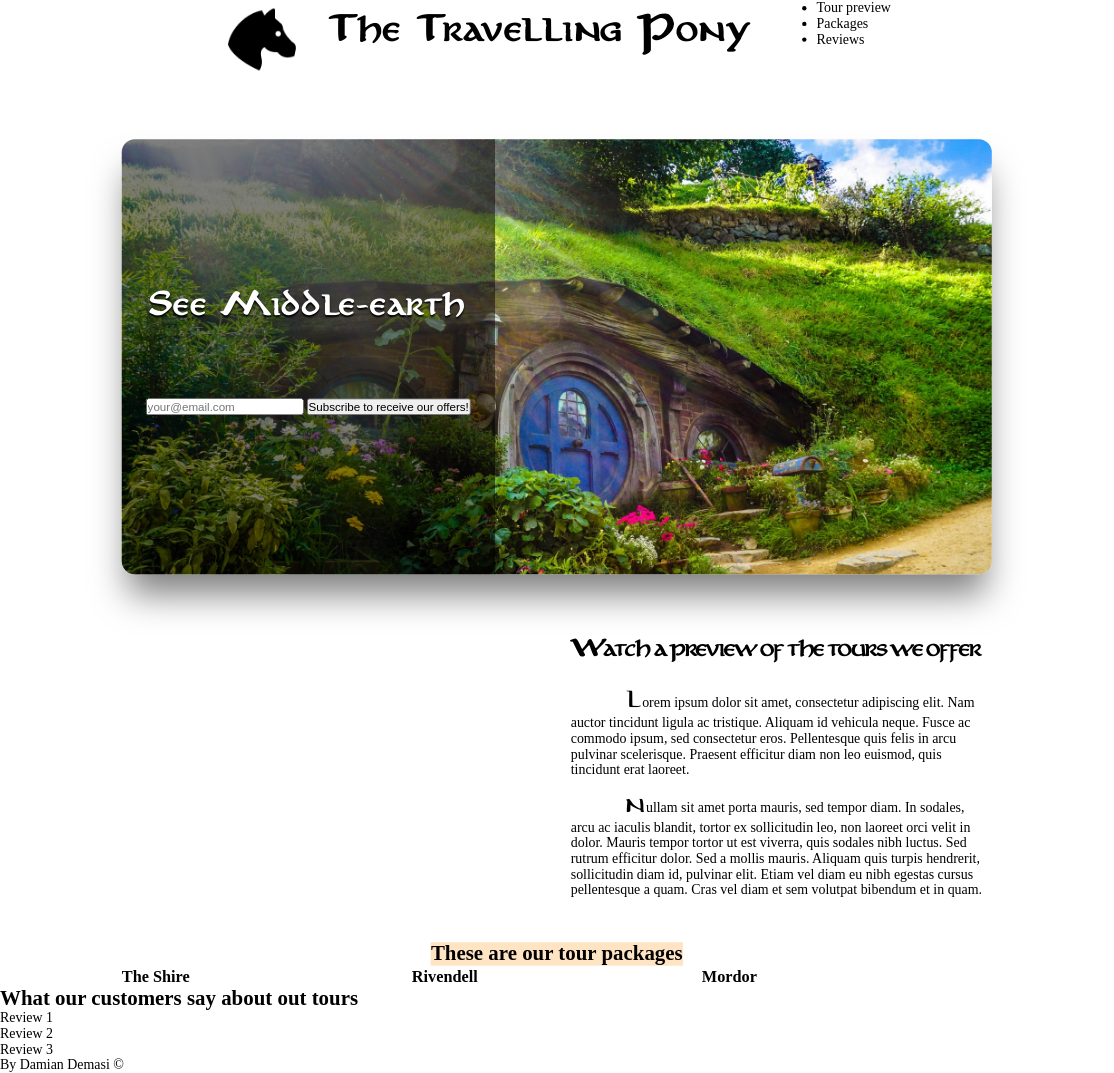
Repository: Colo-Codes/freecodecamp-03-Product-Landing-Page
Page: index.html
An editor plug-in stored every save of this project. The page is shown before and after the next save, followed by the edit.
The browser window is 1280 px wide. The pictures show the whole page, at 87% of full size.
Pictures or frames that could not be fetched are drawn as grey boxes.

Above is the page before, as saved 2021-05-20 07:42:00.

After the next save:
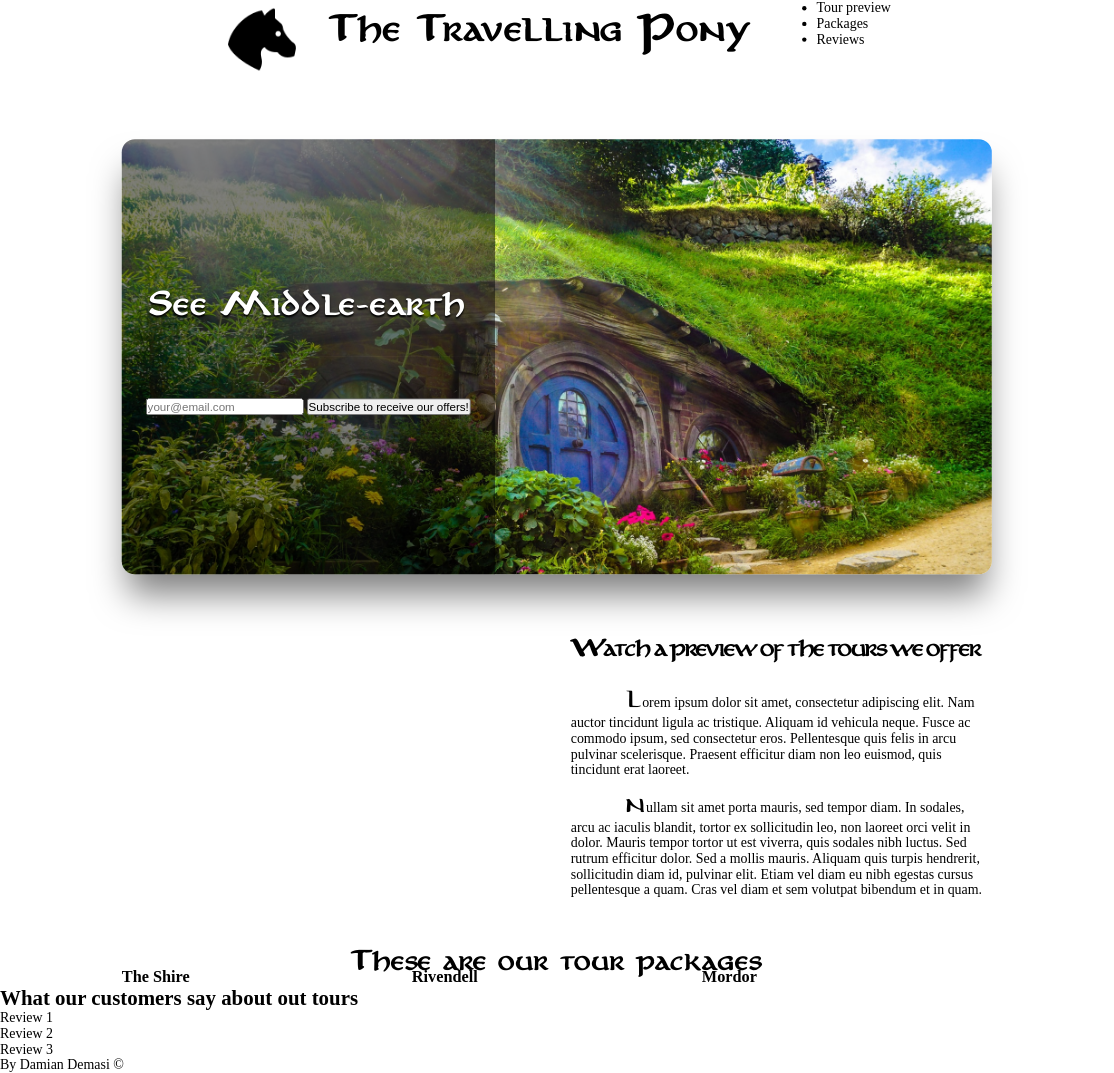
Saved 16 s later.
--- a/resources/css/index.css
+++ b/resources/css/index.css
@@ -122,8 +122,7 @@
     grid-area: title;
     width: fit-content;
     margin: auto;
-    background-color: bisque;
-
+    font-family: 'Aniron', serif;
 }
 #tour-packages #the-shire {
     grid-area: the-shire;
